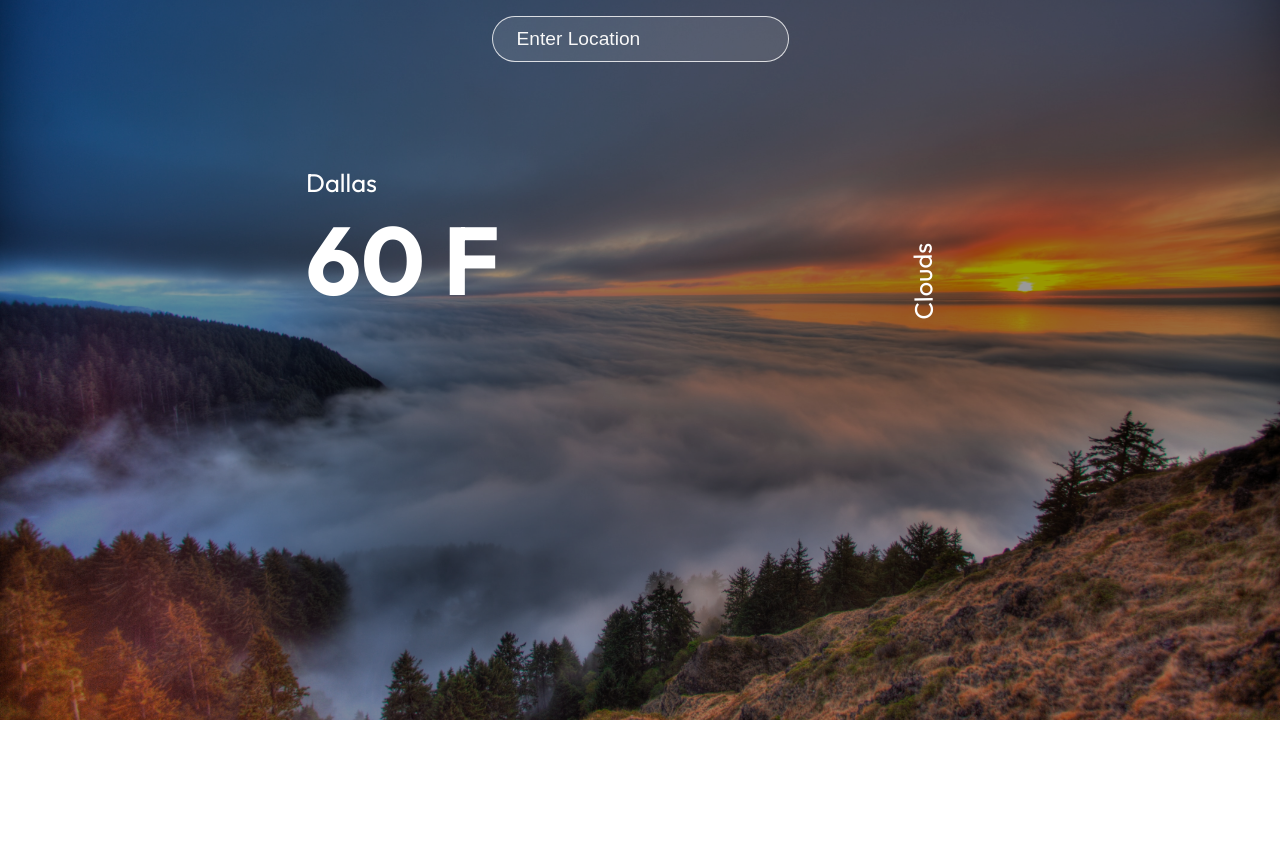
Repository: mahsa199170/react-fetch-data
Page: / (app in weather-map/)
These files come from the project's save history. The page is drawn as it stood at one moment and after the next save; the edit follows.
The browser window is 1280 px wide. The pictures show the whole page.
The project was rebuilt for these pictures with package versions that can differ from the ones it lists, and the page was loaded fresh each time. Also part of the build but not shown: weather-map/src/App.css.

Above is the page before, as saved 2024-11-21 12:49:31.

### weather-map/src/index.css
@import url('https://fonts.googleapis.com/css2?family=Outfit:wght@100;200;300;400;500;600;700&family=Poppins:ital,wght@0,100;0,200;0,300;0,400;0,500;0,600;0,700;0,800;0,900;1,100;1,200;1,300;1,400;1,500;1,600;1,700;1,800;1,900&display=swap');

* {
  box-sizing: border-box;
  margin: 0;
  padding: 0;
}

body {
  font-family: 'Outfit', 'Segoe UI', 'Roboto', 'Oxygen', 'Ubuntu', 'Cantarell',
    'Fira Sans', 'Droid Sans', 'Helvetica Neue', sans-serif;
  -webkit-font-smoothing: antialiased;
  -moz-osx-font-smoothing: grayscale;
}

p {
  font-size: 1.6rem;
}

h1 {
  font-size: 6rem;
}

.app {
  width: 100%;
  height: 100vh;
  position: relative;
  background-color: rgba(0, 0, 0, 0.4);
  color: #fff;
}

.app:before {
  content: '';
  background: url('./assets/images/sunset.jpg') no-repeat center center/cover;
  position: absolute;
  width: 100%;
  height: 100%;
  top: 0;
  left: 0;
  z-index: -1;
}

.app .search {
  text-align: center;
  padding: 1rem;
}

.app input {
  padding: 0.7rem 1.5rem;
  font-size: 1.2rem;
  border-radius: 25px;
  border: 1px solid rgba(255, 255, 255, 0.8);
  background: rgba(255, 255, 255, 0.1);
  color: #f8f8f8;
}

::placeholder {
  color: #f8f8f8;
}

.container {
  max-width: 700px;
  height: 700px;
  margin: auto;
  padding: 0 1rem;
  position: relative;
  top: 10%;
  display: flex;
  flex-direction: column;
  justify-content: space-between;
}

.app .top {
  width: 100%;
  margin: 1rem auto;
}

.app .description {
  position: relative;
  right: -90%;
  transform-origin: 0 0;
  transform: rotate(269deg);
}

.app .bottom {
  display: flex;
  justify-content: space-evenly;
  text-align: center;
  width: 100%;
  margin: 1rem auto;
  padding: 1rem;
  border-radius: 12px;
  background-color: rgba(255, 255, 255, 0.2);
}

.bold {
  font-weight: 700;
}

### weather-map/src/App.js
import { useState } from 'react';
import './App.css';
import axios from 'axios';

function App() {
  const [data, setData] = useState({});
  const [location, setLocation] = useState('');

  const apiKey = '3712c40bd43b9b9c388818e83126cc94';
  const url = `https://api.openweathermap.org/data/2.5/weather?q=${location}&appid=${apiKey}`;

  const searchLocation = (e) => {
    if (e.key === 'Enter') {
      axios
        .get(url)
        .then((response) => {
          setData(response.data);
          console.log(response.data);
        })
        .catch((error) => console.log(error));
      setLocation('');
    }
  };

  return (
    <div className="app">
      <div className="search">
        <input
          type="text"
          placeholder="Enter Location"
          value={location}
          onChange={(e) => setLocation(e.target.value)}
          onKeyUp={searchLocation}
        />
      </div>
      <div className="container">
        <div className="top">
          <div className="location">
            <p>Dallas</p>
          </div>
          <div className="temp">
            <h1>60 F</h1>
          </div>
          <div className="description">
            <p>Clouds</p>
          </div>
        </div>
        <div className="bottom">
          <div className="feels">
            <p className="bold">65F</p>
            <p>Feels Like</p>
          </div>
          <div className="humidity">
            <p className="bold">65</p>
            <p>Humidity</p>
          </div>
          <div className="wind">
            <p className="bold">12 MPH</p>
            <p>Wind Speed</p>
          </div>
        </div>
      </div>
    </div>
  );
}

export default App;

Loaded but not shown: weather-map/public/index.html (common file); weather-map/src/index.js (common file)

After the next save:
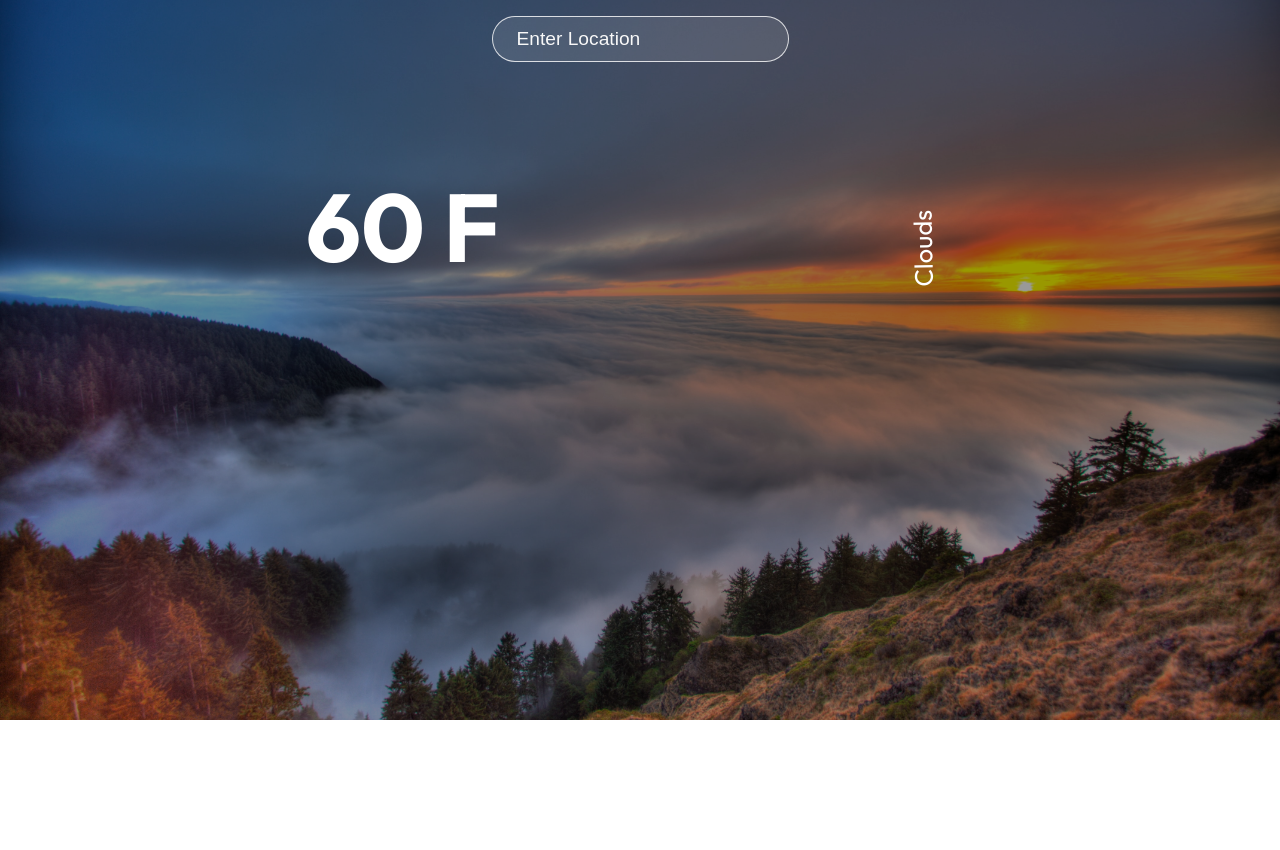
Saved 20 h 22 min later.
--- a/weather-map/src/App.js
+++ b/weather-map/src/App.js
@@ -36,7 +36,7 @@ function App() {
       <div className="container">
         <div className="top">
           <div className="location">
-            <p>Dallas</p>
+            <p>{data.name}</p>
           </div>
           <div className="temp">
             <h1>60 F</h1>
